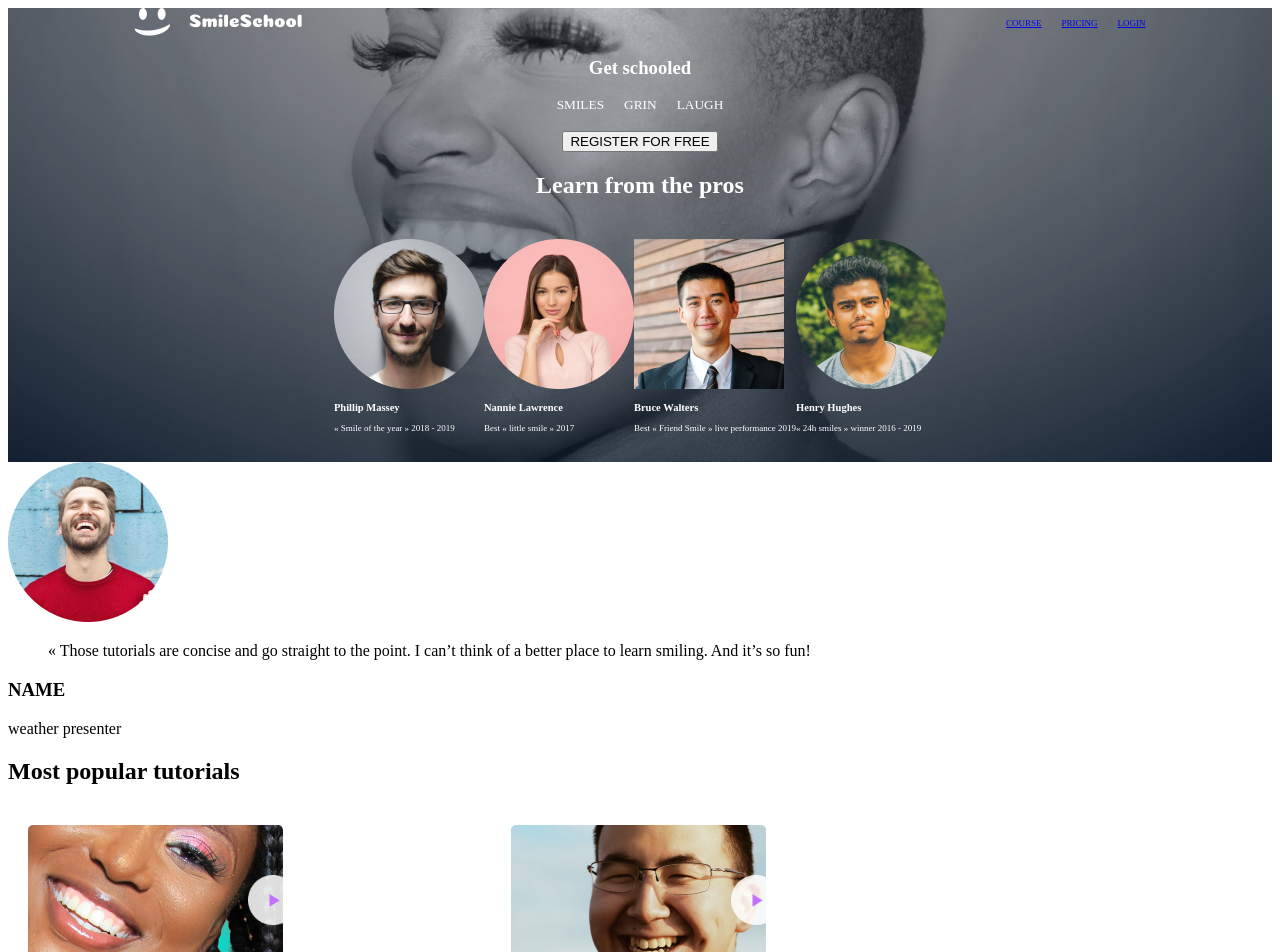
Repository: mwihakiann/alx_html_css
Page: css_advanced/index.html
These files come from the project's save history. The page is drawn as it stood at one moment and after a run of saves; the edit follows.
The browser window is 1280 px wide. The pictures show the part of the page from y = 0 to 952 px (the page is 3312 px tall before and 3372 px after).
A picture or video elsewhere on the page could not be fetched, so the positions and the page height are approximate. Some web libraries are served in a nearby version.

Above is the page before, as saved 2025-09-28 17:53:30.

### css_advanced/index.html
<!DOCTYPE html>
<html lang="en">
<head>
  <meta charset="UTF-8">
  <meta name="viewport" content="width=device-width, initial-scale=1.0">
  <script src="https://kit.fontawesome.com/4a2b055604.js" crossorigin="anonymous"></script>
  <title>Document</title>
  <link rel="stylesheet" href="styles.css">
</head>
<body>
    <section class="first-page">
  <header>
    <nav>
      <img src="./images/logo.png" alt="logo">
      <ul>
        <li><a href="#">COURSE</a></li>
        <li><a href="#">PRICING</a></li>
        <li><a href="#">LOGIN</a></li>
      </ul>
    </nav>
  </header>

  <main>
    <section>
      <div class="intro">
        <h1>Get schooled</h1>
        <div class="horizontal-stack">
        <span>SMILES</span>
        <span>GRIN</span>
        <span>LAUGH</span>
        </div>
        <br>
        <button>REGISTER FOR FREE</button>
      </div>
      <div class="learn-from-pros">
        <h2>Learn from the pros</h2>
        <div class="pros">
          <div>
            <img src="./images/1.png" alt="">
            <h3>Phillip Massey</h3>
            <p>« Smile of the year » 2018 - 2019</p>
          </div>
          <div>
            <img src="./images/3.png" alt="">
            <h3>Nannie Lawrence</h3>
            <p>Best « little smile » 2017</p>
          </div>
          <div>
            <img src="./images/2.png" alt="">
            <h3>Bruce Walters</h3>
            <p>Best « Friend Smile » live performance 2019</p>
          </div>
          <div>
            <img src="./images/4.png" alt="">
            <h3>Henry Hughes</h3>
            <p>« 24h smiles » winner 2016 - 2019</p>
          </div>
        </div>
      </div>
    </section>
</section>

    <section>
      <div>
        <img src="./images/5.png" alt="image">
      </div>
      <div>
        <blockquote>« Those tutorials are concise and go straight to the point. I can’t think of a better place to learn smiling. And it’s so fun!</blockquote>
        <h3>NAME</h3>
        <p>weather presenter</p>
      </div>
    </section>

    <section>
      <h2>Most popular tutorials</h2>

      <div class="tutorial-card">
        <img src="./images/9.png" alt="Diagonal Smile">
        <img src="./images/play.png" alt="play button" class="play-btn">
        <h3>Diagonal Smile</h3>
        <p>Lorem ipsum dolor sit amet, consect adipiscing elit, sed do eiusmod.</p>
        <div>
          <img src="./images/1 (3).png" alt="">
          <h4>Phillip Massey</h4>
        </div>
        <div>
          <div><i class="fa-solid fa-star"></i></div>
          <div><i class="fa-solid fa-star"></i></div>
          <div><i class="fa-solid fa-star"></i></div>
          <div><i class="fa-solid fa-star"></i></div>
          <div><i class="fa-solid fa-star"></i></div>
        </div>
        <p>8 min</p>
      </div>

      <div class="tutorial-card">
        <img src="./images/6.png" alt="Happy Smile">
        <img src="./images/play.png" alt="play button" class="play-btn">
        <h3>Happy Smile</h3>
        <p>Lorem ipsum dolor sit amet, consect adipiscing elit, sed do eiusmod.</p>
        <div>
          <img src="./images/1 (3).png" alt="">
          <h4>Phillip Massey</h4>
        </div>
        <div>
          <div><i class="fa-solid fa-star"></i></div>
          <div><i class="fa-solid fa-star"></i></div>
          <div><i class="fa-solid fa-star"></i></div>
          <div><i class="fa-solid fa-star"></i></div>
          <div><i class="fa-solid fa-star"></i></div>
        </div>
        <p>8 min</p>
      </div>

      <div class="tutorial-card">
        <img src="./images/8.png" alt="Natural Smile">
        <img src="./images/play.png" alt="play button" class="play-btn">
        <h3>Natural Smile</h3>
        <p>Lorem ipsum dolor sit amet, consect adipiscing elit, sed do eiusmod.</p>
        <div>
          <img src="./images/1.png" alt="">
          <h4>Phillip Massey</h4>
        </div>
        <div>
          <div><i class="fa-solid fa-star"></i></div>
          <div><i class="fa-solid fa-star"></i></div>
          <div><i class="fa-solid fa-star"></i></div>
          <div><i class="fa-solid fa-star"></i></div>
          <div><i class="fa-solid fa-star"></i></div>
        </div>
        <p>8 min</p>
      </div>

      <div class="tutorial-card">
        <img src="./images/7.png" alt="Sad Smile">
        <img src="./images/play.png" alt="play button" class="play-btn">
        <h3>Sad Smile</h3>
        <p>Lorem ipsum dolor sit amet, consect adipiscing elit, sed do eiusmod.</p>
        <div>
          <img src="./images/1.png" alt="">
          <h4>Phillip Massey</h4>
        </div>
        <div>
          <div><i class="fa-solid fa-star"></i></div>
          <div><i class="fa-solid fa-star"></i></div>
          <div><i class="fa-solid fa-star"></i></div>
          <div><i class="fa-solid fa-star"></i></div>
          <div><i class="fa-solid fa-star"></i></div>
        </div>
        <p>8 min</p>
      </div>
    </section>

    <section>
      <h2>Free membership</h2>
      <div>
        <img src="./images/smile.png" alt="">
        <h3>Lorem Ipsum</h3>
        <p>Lorem ipsum dolor sit amet, consectetur adipiscing elit.</p>
      </div>
      <div>
        <img src="./images/smile.png" alt="">
        <h3>Lorem Ipsum</h3>
        <p>Lorem ipsum dolor sit amet, consectetur adipiscing elit.</p>
      </div>
      <div>
        <img src="./images/smile.png" alt="">
        <h3>Lorem Ipsum</h3>
        <p>Lorem ipsum dolor sit amet, consectetur adipiscing elit.</p>
      </div>
      <div>
        <img src="./images/smile.png" alt="">
        <h3>Lorem Ipsum</h3>
        <p>Lorem ipsum dolor sit amet, consectetur adipiscing elit.</p>
      </div>
      <button>REGISTER FOR FREE</button>
    </section>

    <section>
      <h2>F.A.Q</h2>
      <div>
        <div>
          <div>
            <h3>How does this work?</h3>
          </div>
          <div>
            Lorem ipsum dolor sit amet, consectetur adipiscing elit, sed do eiusmod tempor incididunt ut labore et dolore magna aliqua.
          </div>

          <div>
            <h3>How does this work?</h3>
          </div>
          <div>
            Lorem ipsum dolor sit amet, consectetur adipiscing elit, sed do eiusmod tempor incididunt ut labore et dolore magna aliqua.
          </div>
        </div>
        <div>
          <div>
            <h3>How does this work?</h3>
          </div>
          <div>
            Lorem ipsum dolor sit amet, consectetur adipiscing elit, sed do eiusmod tempor incididunt ut labore et dolore magna aliqua.
          </div>
          <div>
            <h3>How does this work?</h3>
          </div>
          <div>
            Lorem ipsum dolor sit amet, consectetur adipiscing elit, sed do eiusmod tempor incididunt ut labore et dolore magna aliqua.
          </div>
        </div>
      </div>
    </section>
  </main>

  <footer>
    <section>
      <div>
        <img src="./images/logo.png" alt="logo">
        <div>
          <i class="fa-brands fa-facebook"></i>
          <i class="fa-brands fa-twitter"></i>
          <i class="fa-brands fa-instagram"></i>
        </div>
      </div>
      <p>©smileschool 2020</p>
    </section>
  </footer>
</body>
</html>

### css_advanced/styles.css
nav ul{
    display: flex;
    gap: 20px;
    list-style: none;
    color: white;
    text-decoration: none;
}
nav{
    display: flex;
    justify-content: space-between;
    align-items: center;
    margin-left: 10%;
    margin-right: 10%;
    font-size: xx-small;
}
.first-page{
    background-image: url(./images/Object.png);
    background-size: cover;
    background-position: center;
    color: white;
}
.intro{
    display: flex;
    flex-direction: column;
    justify-content: center;
    align-items: center;
    gap: 0;
}
h1{
    font-size: 40;
}
.learn-from-pros{
    display: flex;
    flex-direction: column;
    justify-content: center;
    align-items: center;
    font-size: medium;
}
.pros{
    display: flex;
    font-size:xx-small;
    padding: 20px;
    margin-left: 5%;
    margin-right: 5%;
}
.horizontal-stack{
   display: flex;
    gap: 20px;
    font-size: smaller;
}
.tutorial-card {
    position: relative;
    display: inline-block;
    margin: 20px;
  }

  .tutorial-card img {
    display: block;
  }

  .tutorial-card .play-btn {
    position: absolute;
    top: 50px;
    left: 50%;
    transform: translateX(-50 -50%);
    width: 50px;
    height: 50px;
    pointer-events: none;
  }

After the next 2 saves:
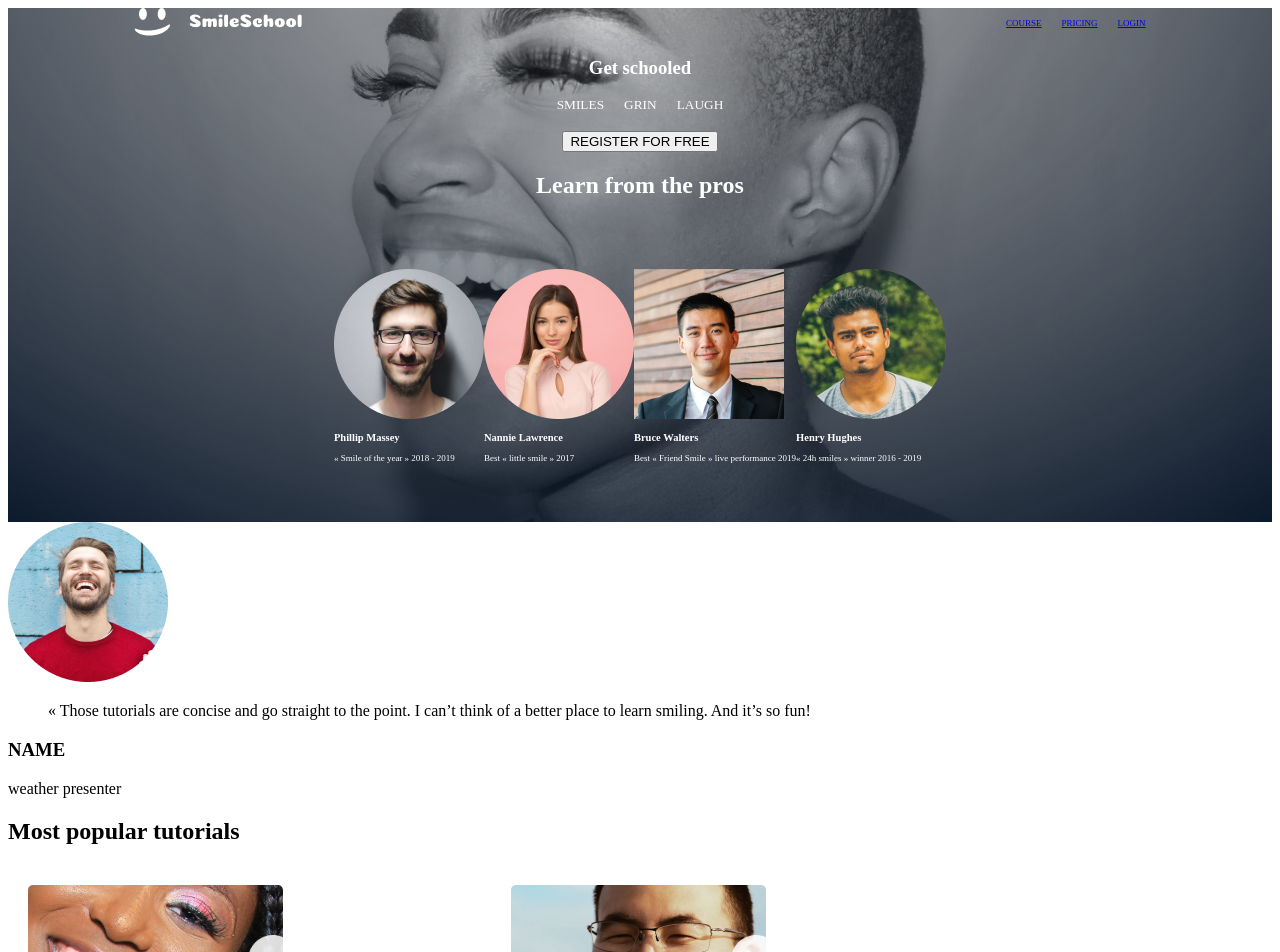
The 2 saves are shown as one change because they came seconds apart.
The last was saved 22 s later.
--- a/css_advanced/styles.css
+++ b/css_advanced/styles.css
@@ -39,7 +39,7 @@ h1{
 .pros{
     display: flex;
     font-size:xx-small;
-    padding: 20px;
+    padding: 50px;
     margin-left: 5%;
     margin-right: 5%;
 }
